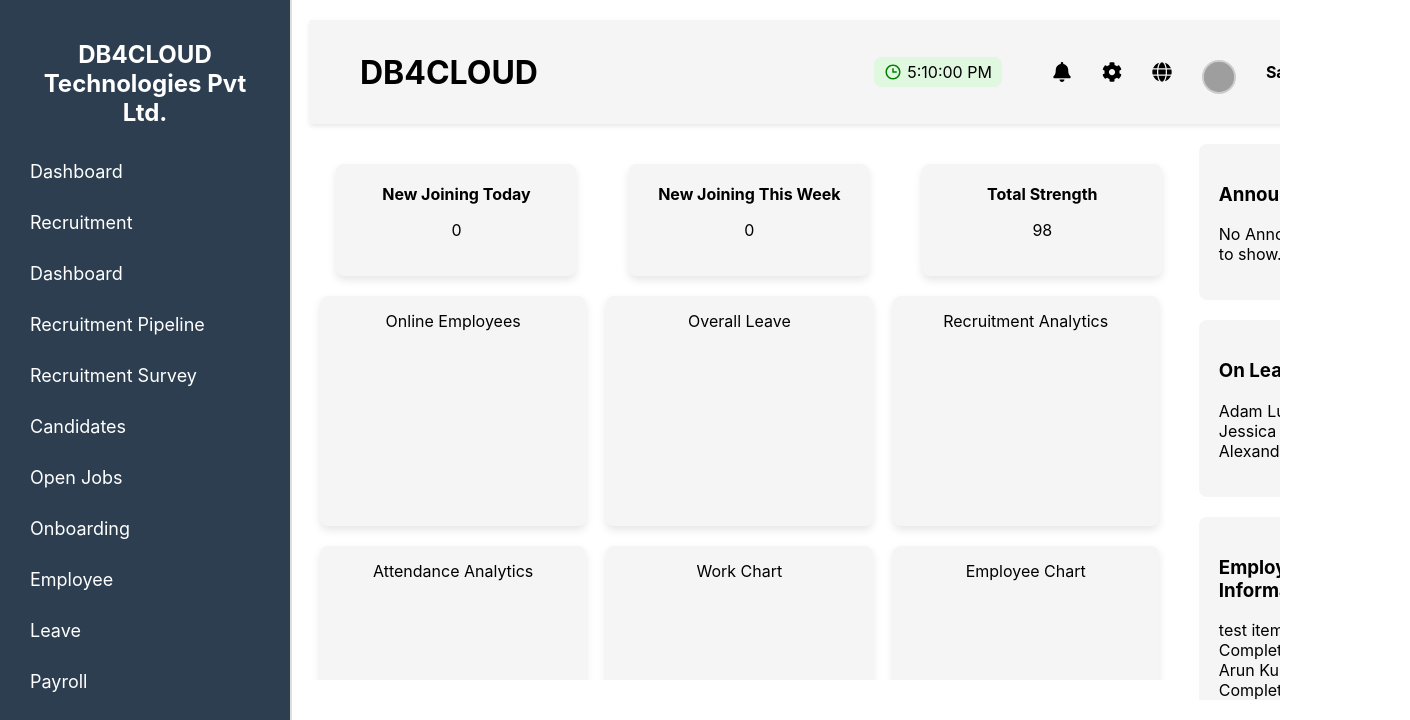
Repository: tinu-ns/Dev-code
Page: / (app in HRMS-DEMO-Sang/hrms/)
These files come from the project's save history. The page is drawn as it stood at one moment and after the next save; the edit follows.
The browser window is 1280 px wide. The page is 1280 px wide, then 1410 px, then 1280 px, so the pictures cover 1410 px, including what lies to the right of the window. The pictures show the whole page.
Pictures or frames that could not be fetched are drawn as grey boxes. An inner scrolling area shows only its first screen. The project was rebuilt for these pictures with package versions that can differ from the ones it lists, and the page was loaded fresh each time. Also part of the build but not shown: HRMS-DEMO-Sang/hrms/src/components/Dashboard.js, HRMS-DEMO-Sang/hrms/src/components/Recruitment/RecruitmentDashboard.js, HRMS-DEMO-Sang/hrms/src/components/Recruitment/RecruitmentPipeline.js, HRMS-DEMO-Sang/hrms/src/components/Payroll/Allowances.css, HRMS-DEMO-Sang/hrms/src/components/Payroll/Allowances.js, HRMS-DEMO-Sang/hrms/src/components/Payroll/Contract.js, HRMS-DEMO-Sang/hrms/src/components/Payroll/Deductions.js, HRMS-DEMO-Sang/hrms/src/components/Payroll/Payslips.js and 2 more.

Above is the page before, as saved 2024-11-11 11:23:00.

After the next save:
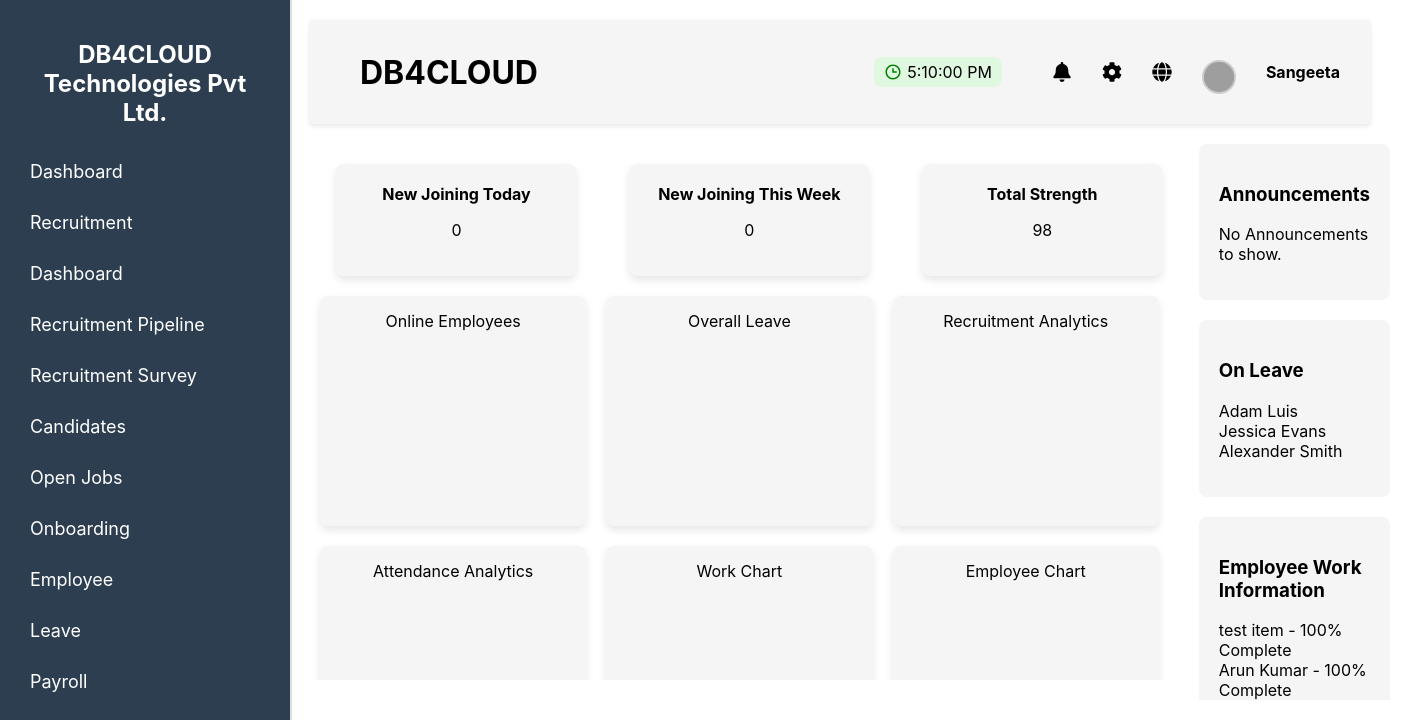
Saved 21 s later.
--- a/HRMS-DEMO-Sang/hrms/src/App.css
+++ b/HRMS-DEMO-Sang/hrms/src/App.css
@@ -2,7 +2,7 @@
   display: flex;
   height: 100vh;
   background-color: #f4f4f4;
-  overflow: hidden; /* Prevent scrolling*/
+  overflow: ; /* Prevent scrolling*/
 }
 
 .content-container{

After the 2 saves that followed:
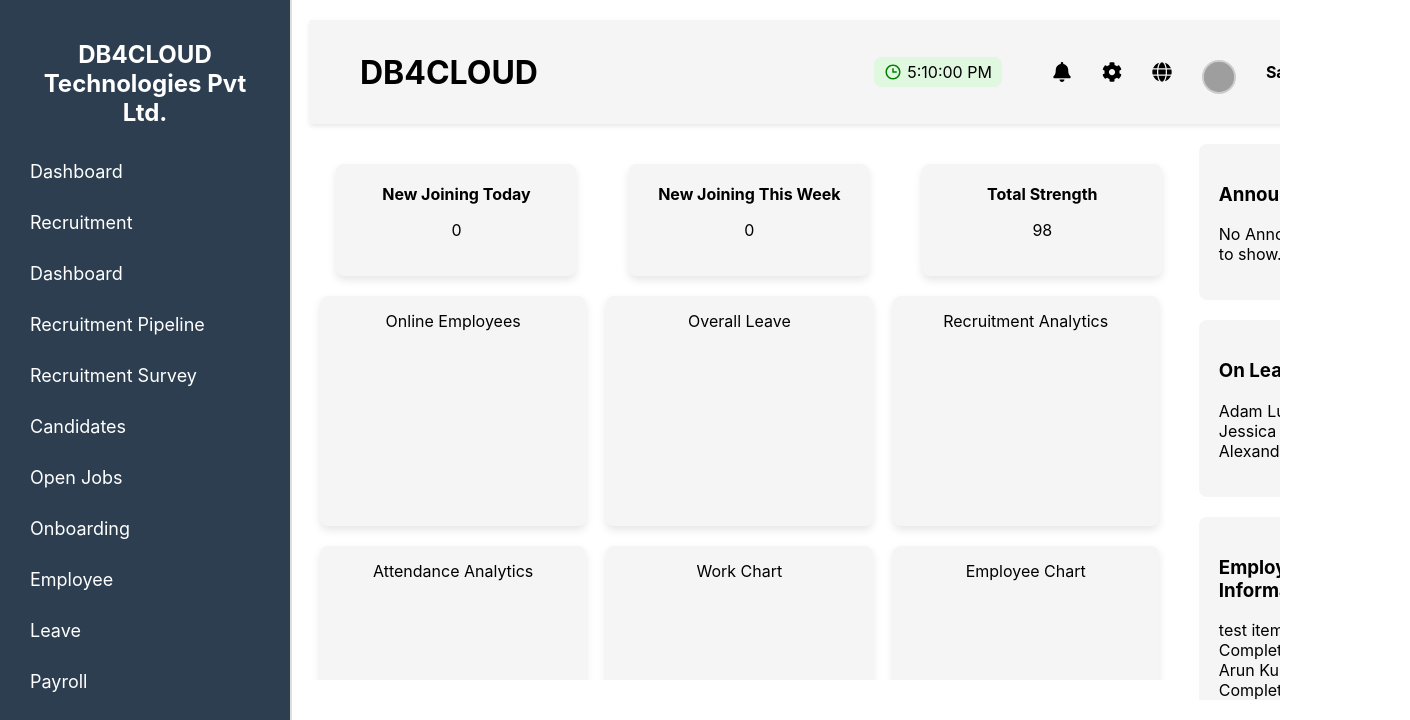
The 2 saves are shown as one change because 1 left the picture as it was.
The last was saved 31 s later.
--- a/HRMS-DEMO-Sang/hrms/src/App.css
+++ b/HRMS-DEMO-Sang/hrms/src/App.css
@@ -2,7 +2,8 @@
   display: flex;
   height: 100vh;
   background-color: #f4f4f4;
-  overflow: ; /* Prevent scrolling*/
+  overflow: hidden; /* Prevent scrolling*/
+  width: 100vw;
 }
 
 .content-container{
